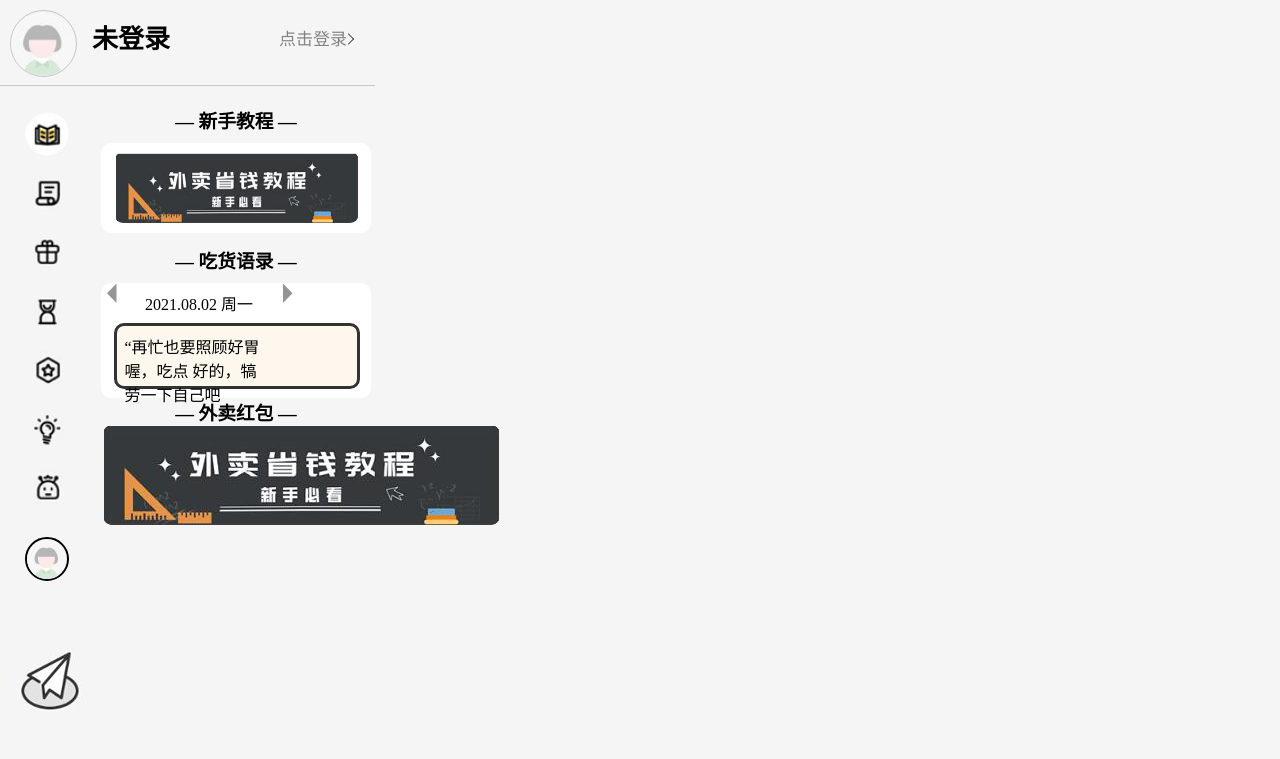
Repository: Privatexiao/projects
Page: Takeout assistant/index.html
The author's editor kept a copy of each file at every save. The page is drawn from the files as they stood at one save, then again after the next save.
The browser window is 1280 px wide. The pictures show the whole page.

Above is the page before, as saved 2021-08-02 17:36:12.

### Takeout assistant/index.html
<!DOCTYPE html>
<html lang="en">
<head>
    <meta charset="UTF-8">
    <meta http-equiv="X-UA-Compatible" content="IE=edge">
    <meta name="viewport" content="width=device-width, initial-scale=1.0">
    <script src="js/vue.js" type="text/javascript"></script>
    <script src="js/require.js" type="text/javascript"></script>
    <link href="css/index.css"  rel="stylesheet" type="text/css">
    <title>Document</title>
</head>
<body>
    <div id="app">
        <div class="bar">
            <div class="HeadPortrait"><a href="javaScript:"><img :src="userInfo.avatar"></div><span class="NoHeadPortrait">{{NoHeadPortrait}}</span></a>
            <div class="TheLogin">
                <a href="javaScript:">{{HeadPortrait}}<img src="img/Put It away.png"></a>
            </div>
        </div>
        <div class="LeftBar">
            <ul>
                <!-- <li v-for="(item, index) of list"
                    :key="index"
                    :class="{active:index == num}"
                    @click="addClassName(index)"
        >

        <img v-show="num!=index" :class="item.icon" src="img/新手教程.png"></img>
        <img v-show="num==index" :class="item.active" src="img/新手教程two.png"></img>

        <img v-show="num!=index" :class="item.icon" src="img/吃货语录.png"></img>
        <img v-show="num==index" :class="item.active" src="img/吃货语录two.png"></img>

        <img v-show="num!=index" :class="item.icon" src="img/外卖红包.png"></img>
        <img v-show="num==index" :class="item.active" src="img/外卖红包two.png"></img>

        <img v-show="num!=index" :class="item.icon" src="img/饭补活动.png"></img>
        <img v-show="num==index" :class="item.active" src="img/饭补活动two.png"></img>

        <img v-show="num!=index" :class="item.icon" src="img/大作战.png"></img>
        <img v-show="num==index" :class="item.active" src="img/大作战two.png"></img>

        <img v-show="num!=index" :class="item.icon" src="img/今天吃什么.png"></img>
        <img v-show="num==index" :class="item.active" src="img/今天吃什么two.png"></img>

                </li> -->
                <li><a href="#top1"><img src="img/新手教程two.png"></a></li>
                <li><a href="#top2"><img src="img/吃货语录.png"></a></li>
                <li><a href="#top3"><img src="img/外卖红包.png"></a></li>
                <li><a href="#top4"><img src="img/饭补活动.png"></a></li>
                <li><a href="#top5"><img src="img/大作战.png"></a></li>
                <li><a href="#top6"><img src="img/今天吃什么.png"></a></li>
                <li><a href="#top7"><img src="img/客服微信.png"></a></li>
                <li class="fot1"><a href="#top8"><img src="img/头像.png"></a></li>
                <li class="fot2"><a href="#top9"><img src="img/小飞机.png"></a></li>
            </ul>
        </div>

        <div class="TheTutorial"><a name="top1">
            <h3>—&nbsp;新手教程&nbsp;—</h3>
            <div class="xsjc_bj"><img src="img/新手教程nr.png"></div>
        </a></div>

        <div class="VersionQuotation"><a name="top2">
            <h3>—&nbsp;吃货语录&nbsp;—</h3>
            <div class="chyl_bj">
                <img class="chyl_bj_1" src="img/左边三角形.png"><p>2021.08.02&nbsp;周一</p><img class="chyl_bj_2" src="img/右边三角形.png">
                <div class="chyl_nr">
                    <p>“再忙也要照顾好胃喔，吃点&nbsp;好的，犒劳一下自己吧</p>
                </div>
        </a></div>

        <div class="take_out"><a name="top3">
            <h3>—&nbsp;外卖红包&nbsp;—</h3>
            <div class="wmhb_bj">
                <img src="img/新手教程nr.png"></div>
        </a></div>
    </div>



    <script>
        let app = new Vue({
            el:'#app',
            data:{
                NoHeadPortrait:"未登录",
                HeadPortrait:"点击登录",
                userInfo:{
                    avatar:'img/头像.png'
                },

    //     list: [
    //     {
    //       icon: "iconfont icon-wode",  //原始显示的图标
    //       active: "iconfont icon-shouye", //点击之后要显示的图标
    //     },
    //     {
    //     icon: "iconfont icon-icon",
    //     active: "iconfont icon-gouwuche",
    //     },
    //     {
    //     icon: "iconfont icon-gouwuche",
    //     active: "iconfont icon-icon",
    //     },
    //     {
    //     icon: "iconfont icon-wode",
    //     active: "iconfont icon-shouye",
    //     }
    // ],
    // num: 0,
    // tabName: ""
    // },
    // methods: {
    // addClassName: function(index) {
    //     console.log(index);
    //     this.num = index;
    // }

            }
        })
    </script>
</body>
</html>

### Takeout assistant/css/index.css
/* 全局配置 */
body{
    width: 375px;
    height: 667px;
    min-width: 375px;
    background-color: rgb(245,245,245);
}
a{
    text-decoration: none;
    color: black;
}
*{
    padding: 0;
    margin: 0;
}
ul,ol{
    list-style: none;
}

/* 上面状态栏 */
.bar {
    width: 100%;
    height: 85px;
    float: left;
    border-bottom: 1px solid rgba(136, 136, 136, 0.438);
}
/* 头像 */
.bar .HeadPortrait img{
    margin: 10px 0 0 10px;
    float: left;
    width: 65px;
    height: 65px;
    border: 1px solid rgba(136, 136, 136, 0.438);
    border-radius: 50%;
}
/* 未登录 */
.bar .NoHeadPortrait{
    float: left;
    font-size: 26px;
    font-weight:bold;
    line-height: 80px;
    margin-left: 15px;
}
/* 点击登录 */
.bar .TheLogin a{
    float: right;
    line-height: 80px;
    font-size: 17px;
    margin-right: 20px;
    color: rgba(114, 114, 114, 0.87);
}

/* 左边图标状态栏 */
.LeftBar{
    margin: 15px 0 15px 15px;
    float: left;
}
.LeftBar ul li{
    margin: 10px 0 10px 10px;
    cursor: pointer;
}
.LeftBar ul li img{
    width: 45px;
    height: 45px;
}
.LeftBar ul .fot1 img{
    width: 40px;
    height: 40px;
    border: 2px solid black;
    border-radius: 50%;
    margin-top: 13px;
}
.LeftBar ul .fot2 img{
    width: 80px;
    height: 80px;
    margin: 45px 10px 10px -15px;
}


/* 新手教程 */
.TheTutorial{
    float: left;
    margin: 20px 1px 10px 1px;
    width: 270px;
    height: 90px;
}
/* 新手教程背景白色图片 */
.TheTutorial .xsjc_bj{
    margin-top: 10px;
    background-color: white;
    width: 270px;
    height: 90px;
    text-align: center;
    border-radius: 10px;
}
/* 新手教程标题 */
.TheTutorial h3,
.VersionQuotation h3,
.take_out h3{
    text-align: center;
}
/* 新手教程内容图片 */
.TheTutorial .xsjc_bj img{
    padding-top: 10px;
    width: 245px;
    height: 70px;
    border-radius: 9px;
}


/* 吃货语录 */
.VersionQuotation{
    float: left;
    margin: 40px 1px 10px 1px;
    width: 270px;
    height: 90px;
}
/* 时间调整 */
.VersionQuotation p{
    width: 140px;
    padding: 8px;
    float: left;
}
.VersionQuotation .chyl_bj .chyl_bj_1{
    width: 20px;
    height: 20px;
    float: left;
}
.VersionQuotation .chyl_bj .chyl_bj_2{
    width: 20px;
    height: 20px;
    float: left;
}
/* 白色背景 */
.VersionQuotation .chyl_bj{
    float: left;
    margin-top: 10px;
    background-color: white;
    width: 270px;
    height: 115px;
    text-align: center;
    border-radius: 10px;
}
/* 文字背景 */
.VersionQuotation .chyl_nr{
    float: left;
    background-color: rgb(253,247,237);
    width: 240px;
    height: 60px;
    border-radius: 10px;
    border: 3px solid rgb(51,51,51);
    margin-left: 12.5px;
}
/* 内容调整 */
.VersionQuotation .chyl_nr p{
    text-align: left;
}

Loaded but not shown: Takeout assistant/js/vue.js (library); Takeout assistant/js/require.js (2145 lines, source omitted)

After the next save:
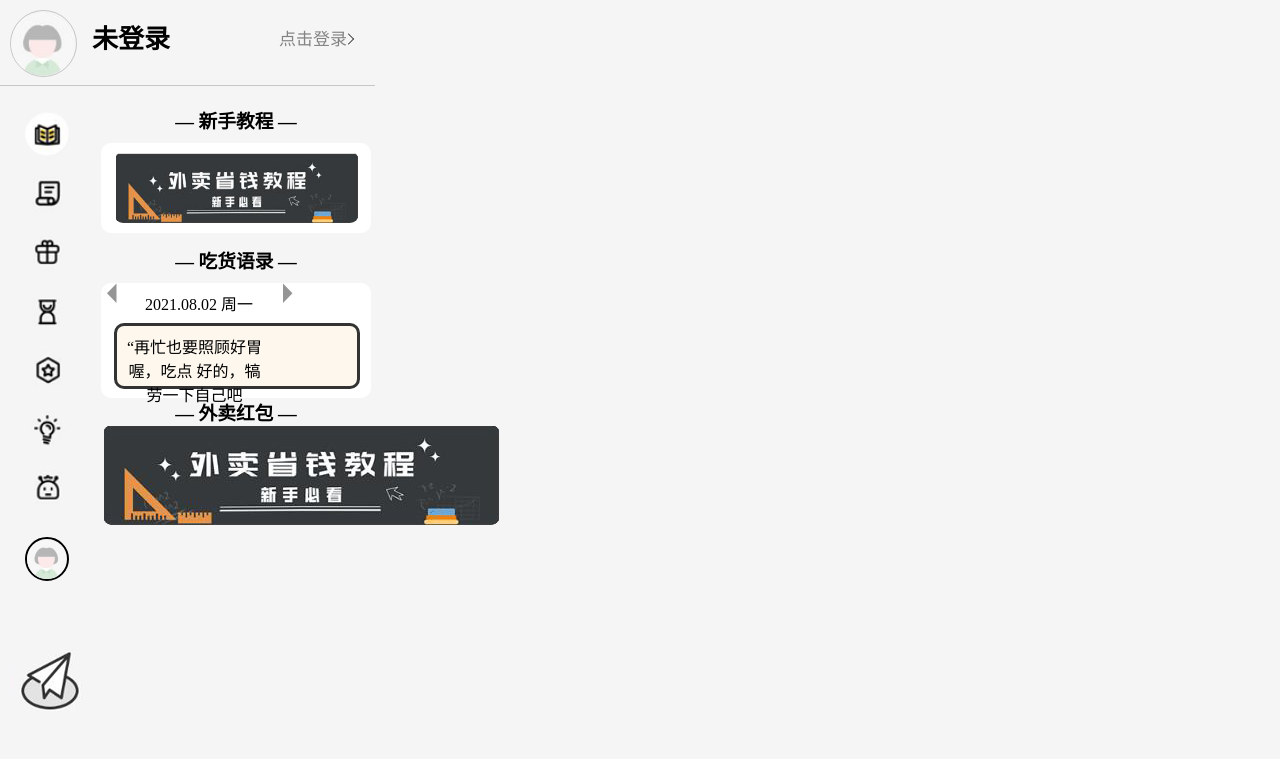
Saved 10 s later.
--- a/Takeout assistant/css/index.css
+++ b/Takeout assistant/css/index.css
@@ -153,5 +153,5 @@
 }
 /* 内容调整 */
 .VersionQuotation .chyl_nr p{
-    text-align: left;
+
 }

After the save that followed:
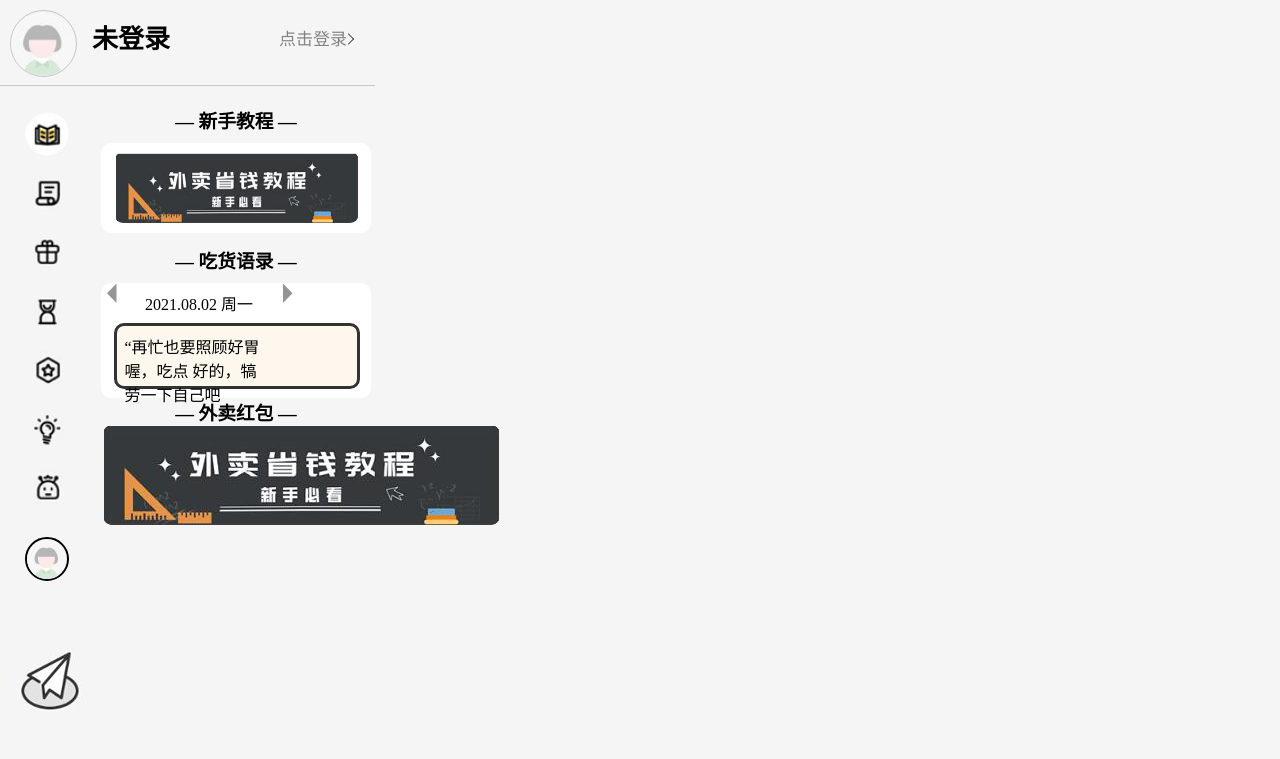
Saved 4 s later.
--- a/Takeout assistant/css/index.css
+++ b/Takeout assistant/css/index.css
@@ -153,5 +153,5 @@
 }
 /* 内容调整 */
 .VersionQuotation .chyl_nr p{
-
+    text-align: left;
 }
